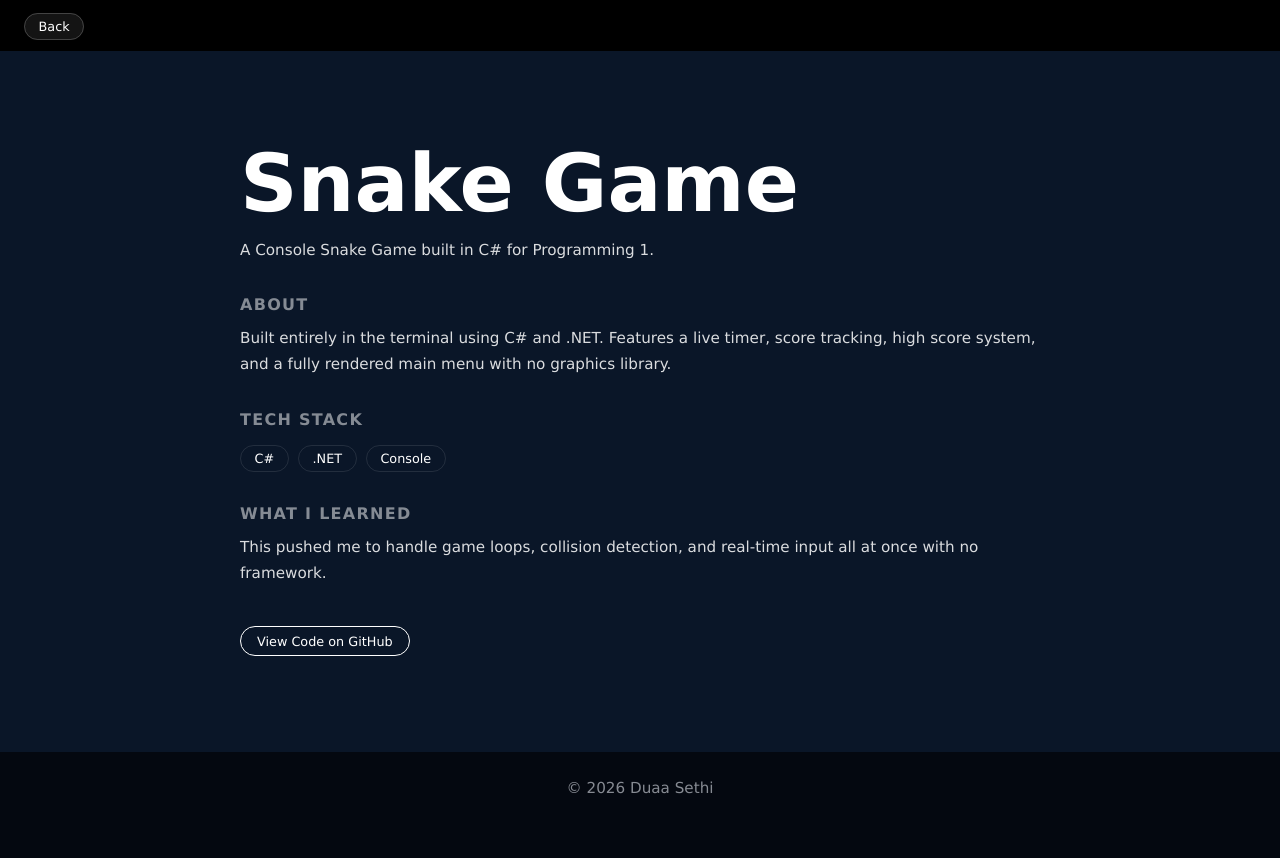
Repository: Duaa-Sethi/Duaa-Sethi
Page: pages/snake-game.html
An editor plug-in stored every save of this project. The page is shown before and after the next save, followed by the edit.
The browser window is 1280 px wide. The pictures show the whole page.
Some web fonts or font styles are not loaded; a fallback is used.

Above is the page before, as saved 2026-05-08 17:48:27.

After the next save:
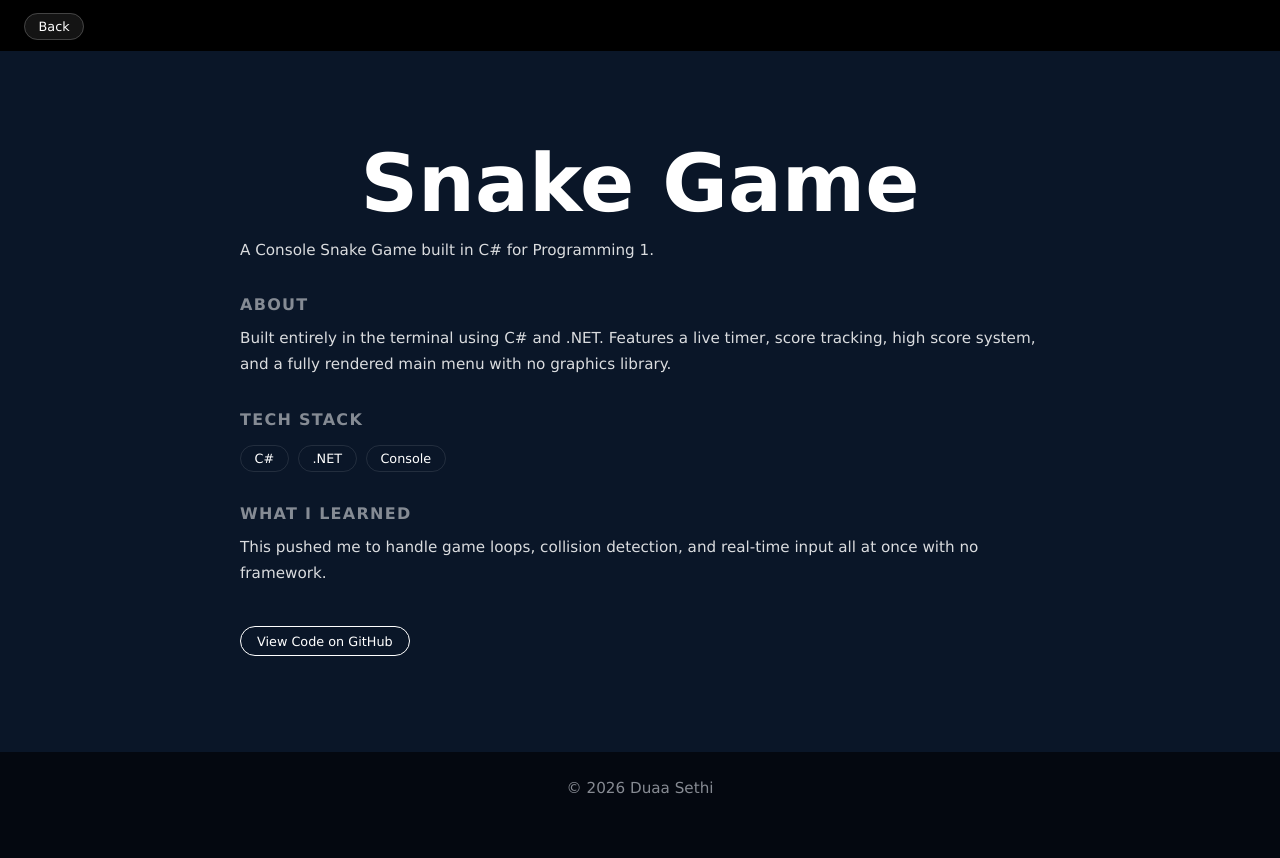
Saved 95 s later.
--- a/styles/project.css
+++ b/styles/project.css
@@ -23,7 +23,7 @@ nav ul {
 }
 
 .tag:hover {
-  background-color: rgba(246, 236, 236, 0.15);
+  background-color: rgba(213, 207, 207, 0.15);
   text-decoration: none;
 }
 
@@ -36,6 +36,7 @@ main {
 h1 {
   font-size: 2rem;
   margin-bottom: 0.5rem;
+  text-align: center;
 }
 
 h2 {
